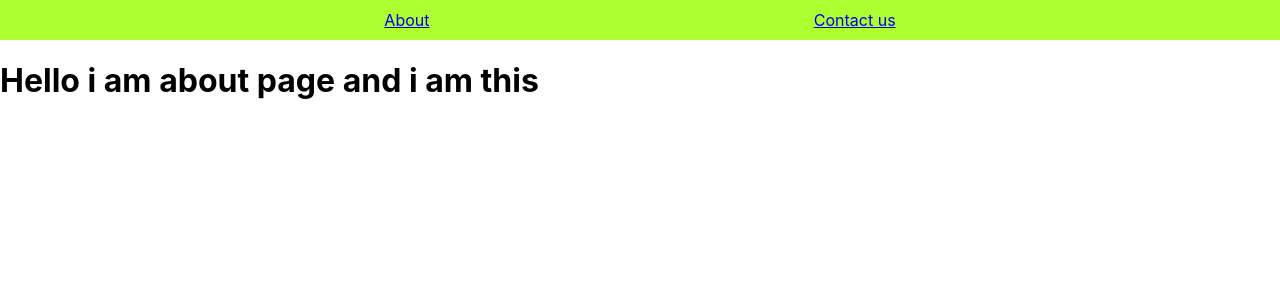
Repository: shah-zx/Pokemon
Page: /about
An editor plug-in stored every save of this project. The page is shown before and after the next save, followed by the edit.
The browser window is 1280 px wide. The pictures show the whole page.
The project was rebuilt for these pictures with package versions that can differ from the ones it lists, and the page was loaded fresh each time. Also part of the build but not shown: src/App.css, src/components/ComA.jsx, src/components/Contact.jsx.

Above is the page before, as saved 2021-11-21 15:55:29.

### src/index.css
body {
  margin: 0;
  font-family: -apple-system, BlinkMacSystemFont, 'Segoe UI', 'Roboto', 'Oxygen',
    'Ubuntu', 'Cantarell', 'Fira Sans', 'Droid Sans', 'Helvetica Neue',
    sans-serif;
  -webkit-font-smoothing: antialiased;
  -moz-osx-font-smoothing: grayscale;
}

code {
  font-family: source-code-pro, Menlo, Monaco, Consolas, 'Courier New',
    monospace;
}

.menu_style{
width: 100%;
line-height: 40px;
background-color: greenyellow;
display: flex;
justify-content: space-evenly;
}

### src/App.js
import './App.css';
import ComA from './components/ComA';
import Contact from './components/Contact';
import {BrowserRouter} from "react-router-dom"
import {Routes , Route} from "react-router-dom";
import About from './components/About';
import Navbar from './components/Navbar';
function App() {
  const Name = () => {
    return <h1> This is the name page </h1>
  }
  return (
    <BrowserRouter>
      <Navbar />
       <Routes>
         <Route path = "/" element ={<ComA/>} />
         <Route path = "/about" element = {<About name = "about" section = "only one"/>} />
         <Route path = "/contact" element = {<Contact name = 'Contact'/>} />
         <Route path = "/contact/Name" element = {<Name/>} />
       </Routes>
    </BrowserRouter>
  );
}

export default App;

### src/components/About.jsx
import React from 'react'

function About({name} , {section}) {
    return (
        <div>
            <h1>Hello i am {name} page and i am this {section}</h1>
        </div>
    )
}

export default About

### src/components/Navbar.jsx
import React from 'react'
import {Link} from "react-router-dom"

function Navbar() {
    return (
        <>
        <div className = "menu_style">
        <Link activeClassName = "active_class" to = "/about">About</Link>
        <Link activeClassName = "active_class" to = "/contact">Contact us</Link>
        </div>
        </>
    )
}

export default Navbar

Loaded but not shown: public/index.html (common file); src/index.js (common file); src/reportWebVitals.js (common file)

After the next save:
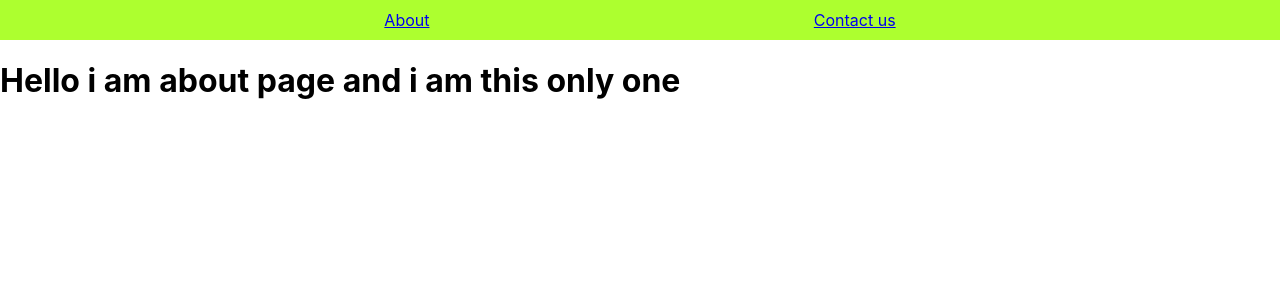
Saved 34 s later.
--- a/src/components/About.jsx
+++ b/src/components/About.jsx
@@ -1,6 +1,6 @@
 import React from 'react'
 
-function About({name} , {section}) {
+function About({name , section} ) {
     return (
         <div>
             <h1>Hello i am {name} page and i am this {section}</h1>
